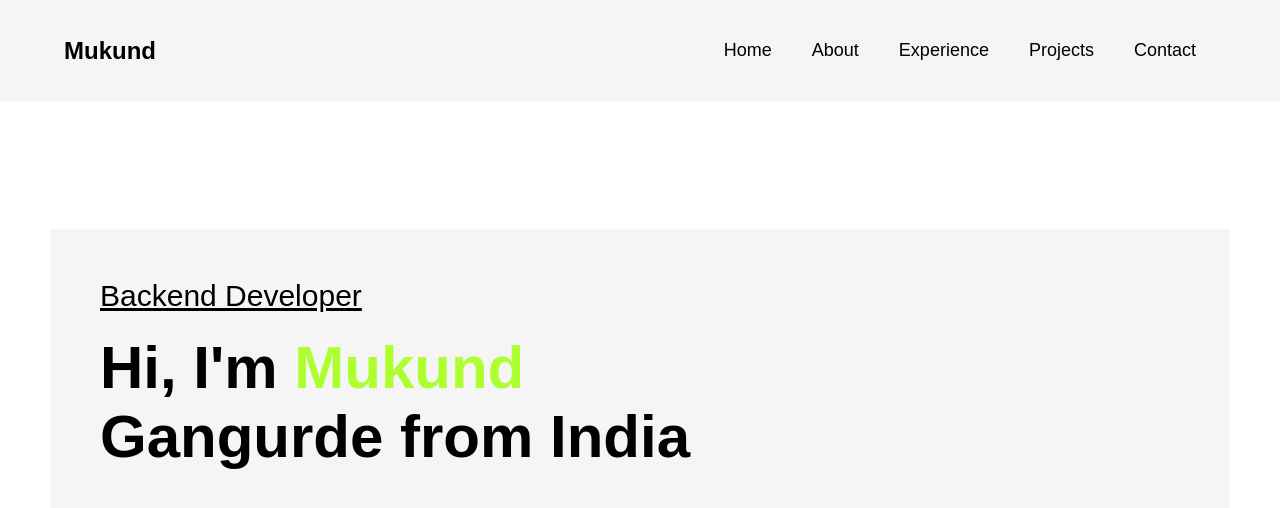
Repository: mukundgangurde/expense-tracker
Page: index.html
The author's editor kept a copy of each file at every save. The page is drawn from the files as they stood at one save, then again after the next save.
The browser window is 1280 px wide. The pictures show the whole page.

Above is the page before, as saved 2025-11-02 22:37:46.

### index.html
<!DOCTYPE html>
<html lang="en">

<head>
  <meta charset="UTF-8">
  <meta name="viewport" content="width=device-width, initial-scale=1.0">
  <title>Portfolio - Mukund Gangurde</title>
  <link rel="stylesheet" href="style.css">
</head>

<body>
  <!-- Header -->
  <div id="header">
    <div id="container">
      <!-- Navigation Bar -->
      <nav>
        <h1 id="logo">Mukund</h1>
        <ul>
          <li><a href="#">Home</a></li>
          <li><a href="#">About</a></li>
          <li><a href="#">Experience</a></li>
          <li><a href="#">Projects</a></li>
          <li><a href="#">Contact</a></li>
        </ul>
      </nav>
      <!-- /Navigation Bar -->

      <div class="header-text">
        <p><u>Backend Developer</u></p>
        <h1>Hi, I'm <span>Mukund</span><br>Gangurde from India</h1>
      </div>
    </div>
  </div>
  <!-- /Header -->

  <div id="about">
    <div id="container">
      <div class="row">
        <div class="about-col-1"></div>
      </div>
    </div>
  </div>
</body>

</html>

### style.css
* {
  margin: 0;
  padding: 0;
  /* font-family: Brush Script MT; */
  font-family: Arial, Helvetica, sans-serif;
  box-sizing: border-box;
  /* border: 1px solid red; */
}

body {
  /* background-color: black; */
  /* color: white; */
}

#header {
  width : 100%;
  height: 100vh;
  /* background-image: url(images/background.img); */
  /* background-size: cover; */
  /* background-position: center; */
}

#logo {
  width: 160px;
}

nav {
  display: flex;
  justify-content: space-between;
  align-items: center;
  flex-wrap: wrap;
  padding: 30px 5%;
  background-color: whitesmoke;
}

ul {
  display: flex;
  justify-content: space-between;
  font-size: 18px;
}

nav ul li {
  display: inline-block;
  list-style-type: none;
  margin: 10px 20px;
}

nav ul li :hover {
  color: greenyellow;
  font-size: 20px;
}

nav ul li a {
  color: black;
  text-decoration: none;
}

.header-text {
  margin: 10% 50px;
  padding: 50px;
  background-color: whitesmoke;
  font-size: 30px;
}

.header-text h1 {
  margin-top: 20px;
  font-size: 60px;
}

.header-text h1 span {
  color: greenyellow;
}

After the next save:
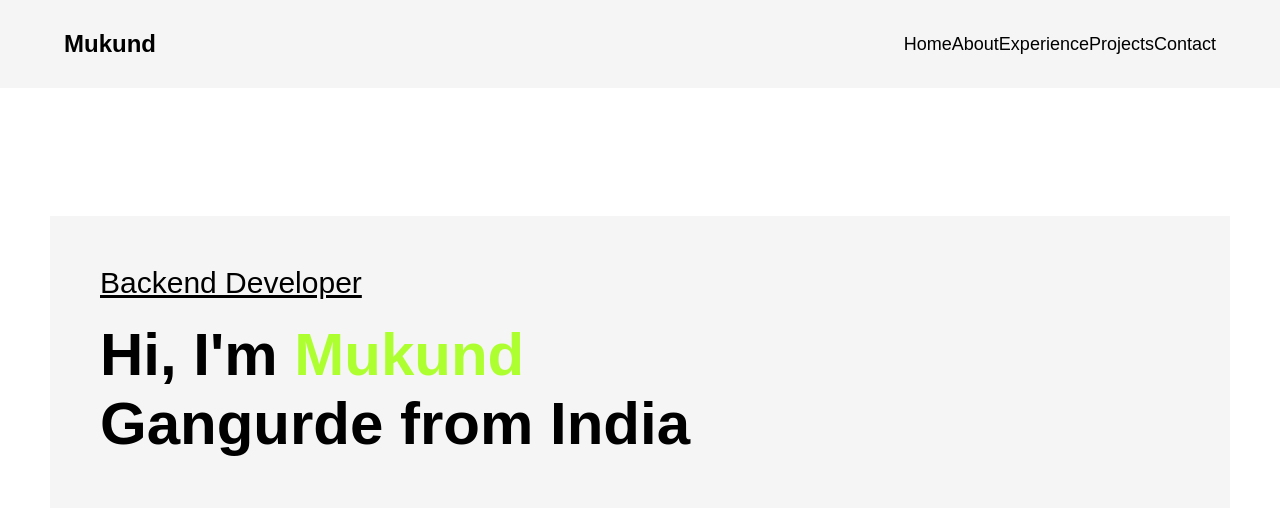
Saved 7 s later.
--- a/style.css
+++ b/style.css
@@ -42,7 +42,7 @@
 nav ul li {
   display: inline-block;
   list-style-type: none;
-  margin: 10px 20px;
+  /* margin: 10px 20px; */
 }
 
 nav ul li :hover {

After the 5 saves that followed:
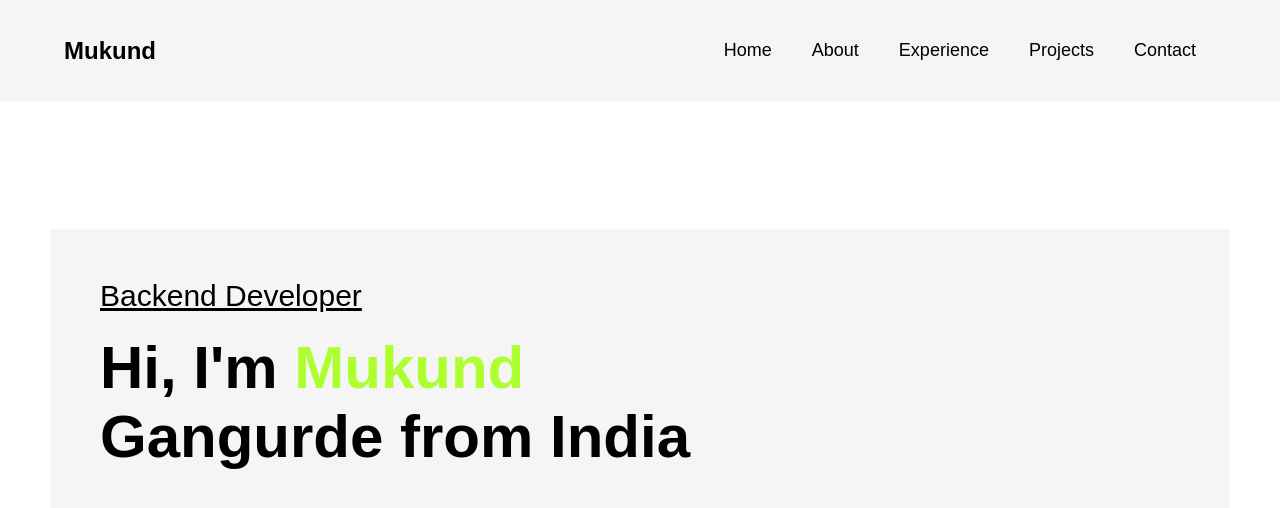
The 5 saves are shown as one change because 2 left the picture as it was and some came seconds apart.
The last was saved 41 s later.
--- a/style.css
+++ b/style.css
@@ -42,7 +42,7 @@
 nav ul li {
   display: inline-block;
   list-style-type: none;
-  /* margin: 10px 20px; */
+  margin: 10px 20px;
 }
 
 nav ul li :hover {
